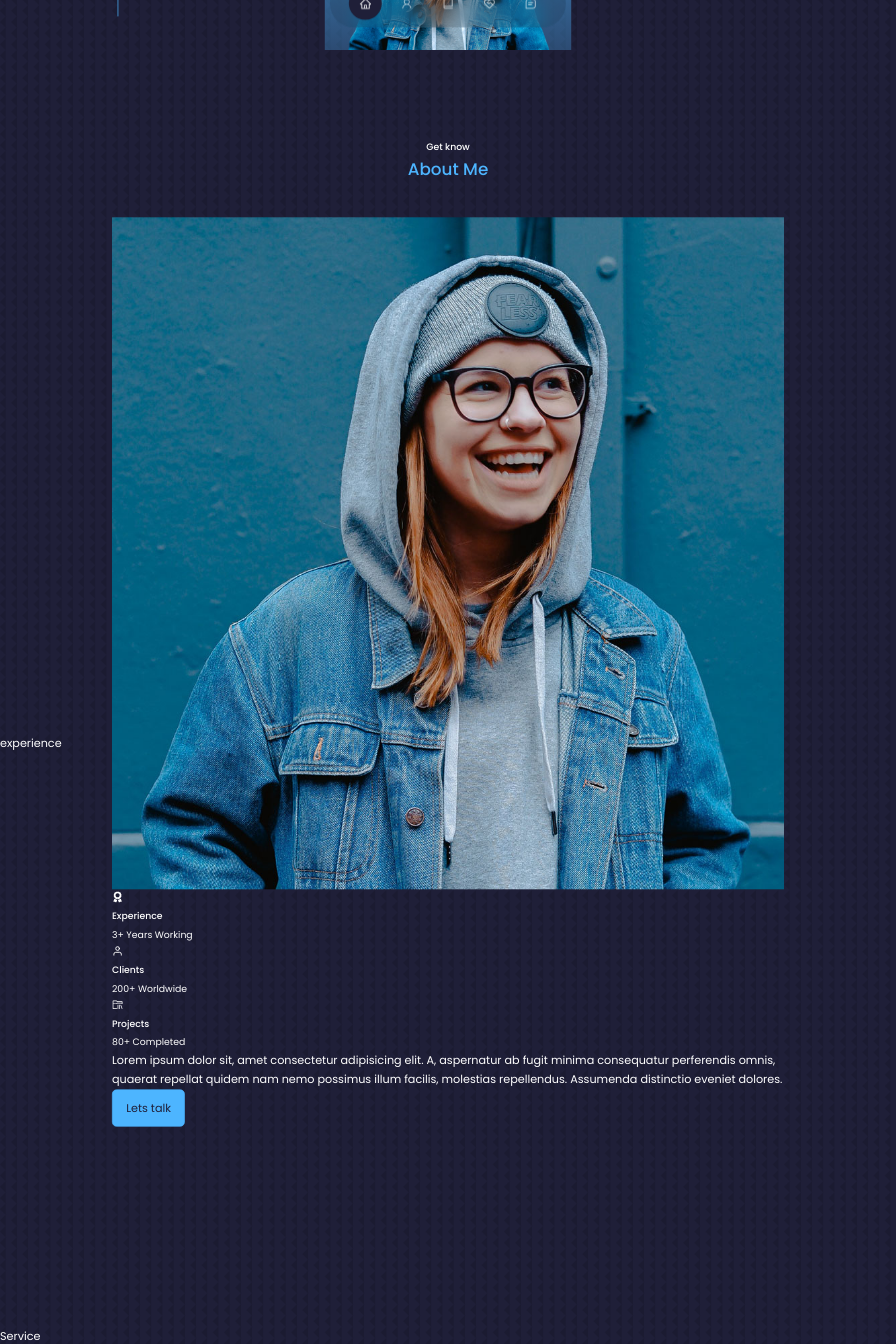
Repository: YuriSarmanho/Portifolio-
Page: / (app in portifolio/)
An editor plug-in stored every save of this project. The page is shown before and after a run of saves, followed by the edit.
The browser window is 1280 px wide. The pictures show the part of the page from y = 648 to 2568 px (the page is 5835 px tall), at 70% of full size.
The project was rebuilt for these pictures with package versions that can differ from the ones it lists, and the page was loaded fresh each time. Also part of the build but not shown: portifolio/src/Components/Contact/Contact.css, portifolio/src/Components/Testimonials/Testimonials.css. Imported but missing from the stored project, and not drawn on this page: portifolio/src/assets/cv.pdf.

Above is the page before, as saved 2022-05-13 14:59:03.

### portifolio/public/index.html
<!DOCTYPE html>
<html lang="pt-br">
<head>
    <meta charset="UTF-8">
    <meta http-equiv="X-UA-Compatible" content="IE=edge">
    <meta name="viewport" content="width=device-width, initial-scale=1.0">
    <title>Yuri Sarmanho Monteiro</title>
</head>
<body>
    <div id="root"></div>
</body>
</html>

### portifolio/src/index.js
import ReactDOM from 'react-dom'
import App from './App'

ReactDOM.render(<App/>, document.querySelector("#root"))

### portifolio/src/App.jsx
import React from "react";
import './index.css'

import Header from "./Components/Header/Header";
import About from "./Components/About/About";
import Contact from "./Components/Contact/Contact";
import Experience from "./Components/Experience/Experience";
import Footer from "./Components/Footer/Footer";
import Nav from "./Components/Nav/Nav";
import Testimonials from "./Components/Testimonials/Testimonials";
import Service from "./Components/Service/Service";
import Portifolio from "./Components/Portifolio/Portifolio";



const App = () => {
  return (
    <>
      <Header />
      <Nav/>
      <About />
      <Experience/>
      <Service/>
      <Portifolio/>
      <Testimonials/>
      <Contact/>
      <Footer/>
    </>
  );
};

export default App;

### portifolio/src/index.css
@import url('https://fonts.googleapis.com/css2?family=Poppins:wght@300;400;500;600&display=swap');

* {
  margin: 0;
  padding: 0;
  border: 0;
  outline: 0;
  box-sizing: border-box;
  list-style: none;
  text-decoration: none;
}
:root {
  --color-bg: #1f1f38;
  --color-bg-variant: #2c2c6c;
  --color-primary: #4db5ff;
  --color-primary-variant: rgba(77, 181, 255, 0.4);
  --color-white: #fff;
  --color-light: rgba(255, 255, 255, 0.6);

  --transition: all 400ms ease;

  --container-width-lg: 75%;
  --container-width-md: 86%;
  --container-width-sm: 90%;
}
html {
  scroll-behavior: smooth;
}
::-webkit-scrollbar {
  display: none;
}

body {
  font-family: "Poppins", sans-serif;
  background-color: var(--color-bg);
  color: var(--color-white);
  line-height: 1.7;
  background-image: url(../src/assets/bg-texture.png);
}

.container {
  width: var(--container-width-lg);
  margin: 0 auto;
}

h1,
h2,
h3,
h4,
h5 {
  font-weight: 500;
}
h1 {
  font-size: 2.5rem;
}
section {
  margin-top: 8rem;
  height: 100vh;
}
section > h2,
section > h5 {
  text-align: center;
  color: var(--color-ligth);
}

section > h2 {
  color: var(--color-primary);
  margin-bottom: 3rem;
}

.text-light {
  color: var(--color-light);
}
a {
  color: var(--color-primary);
  transition: var(--transition);
}
a:hover{
    color: var(--color-white);
}
.btn{
    width: max-content;
    display: inline-block;
    color: var(--color-primary);
    padding: 0.75rem 1.2rem;
    border-radius: 0.4rem;
    cursor: pointer;
    border: 1px solid var(--color-primary);
    transition: var(--transition);
}

.btn:hover{
    background-color: var(--color-white);
    color: var(--color-bg);
    border: transparent;
}

.btn-primary{
    background-color: var(--color-primary);
    color: var(--color-bg);
}

img{
  display: block;
  width: 100%;
  object-fit: cover;
}

/*MEDIUM DEVICE*/
@media screen and (max-width:1024px){
    .container{
        width: var(--container-width-md);
    }
    section{
        margin-top: 6rem;
    }
}

/*SMALL DEVICE*/
@media screen and (max-width:600px){
    .container{
        width: var(--container-width-sm);
    }
    section > h2{
        margin-bottom: 2rem;
    }
}

### portifolio/src/Components/Header/Header.jsx
import React from 'react'
import CTA from './CTA'
import ME from '../../assets/me.png'
import HeaderSocials from './HeaderSocials'
import './Header.css'

const header = () => {
  return (
    <header>
      <div className="container header__container">
        <h5>Hello i'm</h5>
        <h1>Yuri Sarmanho Monteiro</h1>
        <h5 className="text-light">Frontend Developer</h5>
        <CTA />
        <HeaderSocials/>
        <div className="me">
          <img src={ME} alt="foto de perfil" />
        </div>
      </div>
    </header>
  )
}

export default header

### portifolio/src/Components/About/About.jsx
import React from "react";
import ME from "../../assets/me-about.jpg";
import { FaAward } from "react-icons/fa";
import { FiUser } from "react-icons/fi";
import { VscFolderLibrary } from "react-icons/vsc";
import "./About.css";

const About = () => {
  return (
    //refactor
    <section id="about">
      <h5>Get know</h5>
      <h2>About Me</h2>

      <div className="container about__container">
        <div className="about__me">
          <div className="about__me-image">
            <img src={ME} alt="minha foto" />
          </div>
        </div>

        <div className="about__content">
          <div className="about__cards">
            <article className="about__card">
              <FaAward className="about__icon" />
              <h5>Experience</h5>
              <small>3+ Years Working</small>
            </article>

            <article className="about__card">
              <FiUser className="about__icon" />
              <h5>Clients</h5>
              <small>200+ Worldwide</small>
            </article>

            <article className="about__card">
              <VscFolderLibrary className="about__icon" />
              <h5>Projects</h5>
              <small>80+ Completed</small>
            </article>
            <p>
              Lorem ipsum dolor sit, amet consectetur adipisicing elit. A,
              aspernatur ab fugit minima consequatur perferendis omnis, quaerat
              repellat quidem nam nemo possimus illum facilis, molestias
              repellendus. Assumenda distinctio eveniet dolores.
            </p>
            <a href="#contact" className="btn btn-primary">
              Lets talk
            </a>
          </div>
        </div>
      </div>
    </section>
  );
};

export default About;

### portifolio/src/Components/Contact/Contact.jsx
import React from 'react'
import './Contact.css'
const Contact = () => {
  return (
    <section id='contact'>Contact</section>
  )
}

export default Contact

### portifolio/src/Components/Experience/Experience.jsx
import React from 'react'

const experience = () => {
  return (
    <section id='experience'>experience</section>
  )
}

export default experience

### portifolio/src/Components/Nav/Nav.jsx
import React, { useState } from "react";
import { AiOutlineHome } from "react-icons/ai";
import { AiOutlineUser } from "react-icons/ai";
import { BiBookAlt } from "react-icons/bi";
import { RiServiceLine } from "react-icons/ri";
import { BiMessageSquareDetail } from "react-icons/bi";
import "./Nav.css";

const Nav = () => {
  const [activeNav, setActiveNav] = useState("#");
  //Refatorar essa parte dps que acabar o projeto
  return (
    <nav>
      <a
        href="#"
        onClick={() => setActiveNav("#")}
        className={activeNav === "#" ? "active" : ""}
      >
        <AiOutlineHome />
      </a>
      <a
        href="#about"
        onClick={() => setActiveNav("#about")}
        className={activeNav === "#about" ? "active" : ""}
      >
        <AiOutlineUser />
      </a>
      <a
        href="#experience"
        onClick={() => setActiveNav("#experience")}
        className={activeNav === "#experience" ? "active" : ""}
      >
        <BiBookAlt />
      </a>
      <a
        href="#service"
        onClick={() => setActiveNav("#service")}
        className={activeNav === "#service" ? "active" : ""}
      >
        <RiServiceLine />
      </a>
      <a
        href="#contact"
        onClick={() => setActiveNav("#contact")}
        className={activeNav === "#contact" ? "active" : ""}
      >
        <BiMessageSquareDetail />
      </a>
    </nav>
  );
};

export default Nav;

### portifolio/src/Components/Testimonials/Testimonials.jsx
import React from 'react'
import './Testimonials.css'
const Testimonials = () => {
  return (
    <section id='testimonials'>Testimonials</section>
  )
}

export default Testimonials

### portifolio/src/Components/Service/Service.jsx
import React from 'react'

const Service = () => {
  return (
    <section id='service'>Service</section>
  )
}

export default Service

### portifolio/src/Components/Portifolio/Portifolio.jsx
import React from 'react'
import './Portifolio.css'
const Portifolio = () => {
  return (
    <section>Portifolio</section>
  )
}

export default Portifolio

### portifolio/src/Components/Header/CTA.jsx
import React from 'react'
import CV from '../../assets/cv.pdf'
const CTA = () => {
  return (
    <div className="cta">
        <a href={CV} download className='btn'>Download CV</a>
        <a href='#contact' className='btn btn-primary'>Lest's Talk</a>
    </div>
  )
}

export default CTA

### portifolio/src/Components/Header/HeaderSocials.jsx
import React from 'react'
import {BsLinkedin} from 'react-icons/bs'
import {FaGithub} from 'react-icons/fa'
import {FaDribbble} from 'react-icons/fa'
import './Header.css'

const HeaderSocials  = () => {
  return (
      <div className="header__socials">
          <a href="http://linkedin.com" target="_blank"><BsLinkedin/></a>
          <a href="http://github.com" target="_blank"><FaGithub/></a>
          <a href="http://dribbble.com" target="_blank"><FaDribbble/></a>
      </div>
  )
}

export default HeaderSocials

### portifolio/src/Components/Header/Header.css
header {
  height: 100vh;
  padding-top: 7rem;
  overflow: hidden;
}

.header__container {
  text-align: center;
  height: 100%;
  position: relative;
}

.cta {
  margin-top: 2.5rem;
  display: flex;
  gap: 1.2rem;
  justify-content: center;
}
.header__socials {
  display: flex;
  flex-direction: column;
  align-items: center;
  gap: 0.8rem;
  position: absolute;
  left: 0;
  bottom: 3rem;
}

.header__socials::after {
  content: "";
  width: 1px;
  height: 2rem;
  background-color: var(--color-primary);
}

.me {
  background: linear-gradient(var(--color-primary), transparent);
  width: 22rem;
  height: 30rem;
  position: absolute;
  left: calc(50% - 11rem);
  margin-top: 4rem;
  border-radius: 12rem 12rem 0 0;
  overflow: hidden;
  padding: 5rem 1.5rem 1.5rem 1.5rem;
}

.scroll__down {
  position: absolute;
  right: -2.3rem;
  bottom: 5rem;
  transform: rotate(90deg);
  font-weight: 300;
  font-size: 0.9rem;
}

/*MEDIUM DEVICE*/
@media screen and (max-width: 1024px) {
  header {
    height: 68vh;
  }
}

/*SMALL DEVICE*/
@media screen and (max-width: 600px) {
  header {
    height: 100vh;
  }
  .header__socials,
  .scroll__down {
    display: none;
  }
}

### portifolio/src/Components/About/About.css
.about__container{
    display: grid;
    grid-template-columns: ;
}

### portifolio/src/Components/Nav/Nav.css
nav {
  background-color: rgba(0, 0, 0, 0.1);
  width: max-content;
  display: block;
  padding: 0.7rem 1.7rem;
  z-index: 2;
  position: fixed;
  left: 50%;
  transform: translate(-50%);
  bottom: 2rem;
  display: flex;
  gap: 0.8rem;
  border-radius: 3rem;
  backdrop-filter: blur(15px);
}

nav a {
  background: transparent;
  padding: 0.9rem;
  border-radius: 50%;
  display: flex;
  color: var(--color-light);
  font-size: 1.1rem;
}

nav a:hover {
  background-color: rgba(0, 0, 0, 0.3);
}

nav a.active {
  background: var(--color-bg);
  color: var(--color-white);
}

Loaded but not shown: portifolio/src/Components/Footer/Footer.jsx (common file); portifolio/src/Components/Portifolio/Portifolio.css (no stored copy; drawn as an empty file)

After the next 5 saves:
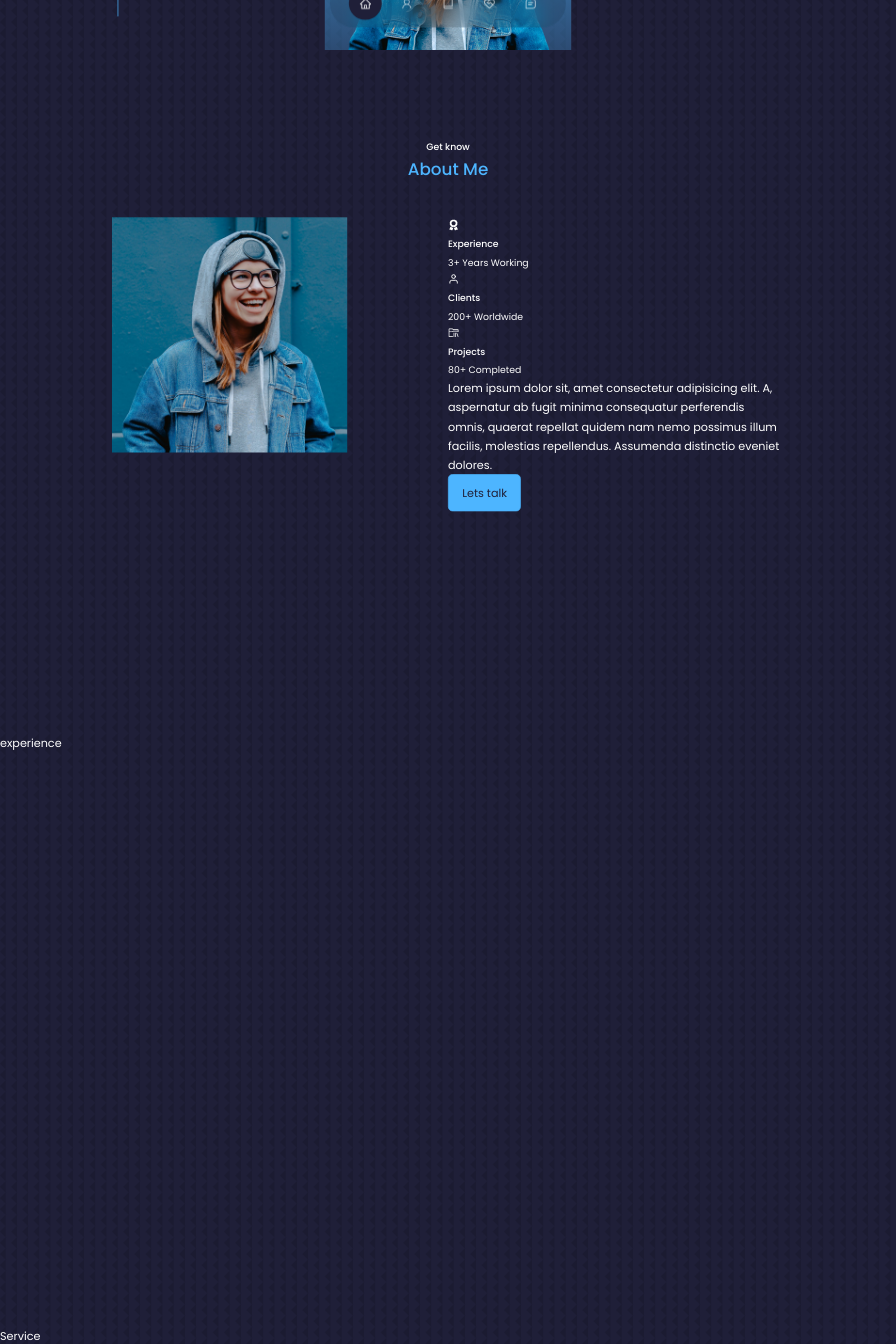
The 5 saves are shown as one change because they came seconds apart.
The last was saved 14 s later.
--- a/portifolio/src/Components/About/About.css
+++ b/portifolio/src/Components/About/About.css
@@ -1,4 +1,5 @@
 .about__container{
     display: grid;
-    grid-template-columns: ;
+    grid-template-columns: 35% 50%;
+    gap: 15%;
 }
